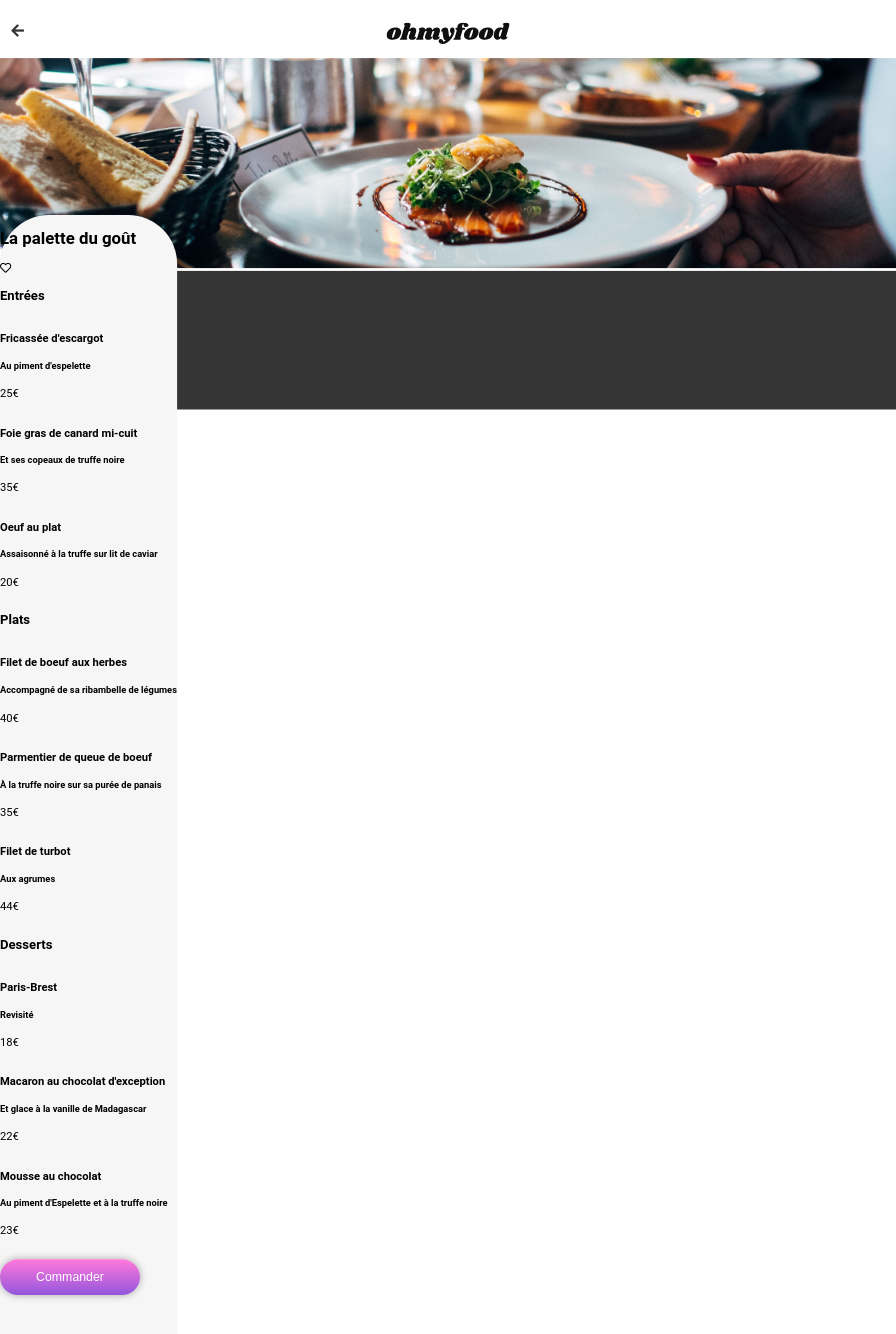
Repository: AlexisTisserand/AlexisTisserand_3_24112020
Page: menu-la-palette-du-gout.html
The author's editor kept a copy of each file at every save. The page is drawn from the files as they stood at one save, then again after the next save.
The browser window is 1280 px wide. The pictures show the whole page, at 70% of full size.
Some web libraries are served in a nearby version. The style sheet was rebuilt from its Sass, Less or Tailwind sources for each picture, by a compiler version that may differ from the author's.

Above is the page before, as saved 2020-12-02 16:59:41.

### menu-la-palette-du-gout.html
<!DOCTYPE html>
<html lang="fr">

<head>
    <meta charset="UTF-8"/>
    <meta name="viewport" content="width=device-width, initial-scale=1">
    <meta name="descritpion" content="Menu - La palette du goût">
    <meta name="author" content="Alexis Tisserand">
    <link rel="stylesheet" href="https://use.fontawesome.com/releases/v5.4.1/css/all.css" integrity="sha384-5sAR7xN1Nv6T6+dT2mhtzEpVJvfS3NScPQTrOxhwjIuvcA67KV2R5Jz6kr4abQsz" crossorigin="anonymous">
    <link rel="stylesheet" href="style.css"/>
    <title>Menu - La palette du goût</title>
</head>
<body>

    <div id=bloc-page>

    <!--HEADER-->

    <header>
        <a href="index.html">
            <i class="fas fa-arrow-left"></i>
        </a>
        <div class="logo">
            <img src="images/logo/ohmyfood@2x.svg" alt="Logo ohmyfood"/>
        </div>
    </header>

    <section>

        <div class="restaurant-img">
            <img src="images/restaurants/la_palette_du_gout-min.jpg" alt="La Palette Du Goût"/>
        </div>

        <div class="restaurant-menu">
            <div class="restaurant-1-menu--titre">
                <h2>La palette du goût</h2>
                <i class="far fa-heart"></i>
            </div>

            <h3>Entrées</h3>

                <div class="restaurant-menu--plats">
                    <h4>Fricassée d'escargot</h4>
                    <h5>Au piment d'espelette</h5>
                    <p>25€</p>
                </div>

                <div class="restaurant-menu--plats">
                    <h4>Foie gras de canard mi-cuit</h4>
                    <h5>Et ses copeaux de truffe noire</h5>
                    <p>35€</p>
                </div>

                <div class="restaurant-menu--plats">
                    <h4>Oeuf au plat</h4>
                    <h5>Assaisonné à la truffe sur lit de caviar</h5>
                    <p>20€</p>
                </div>

            <h3>Plats</h3>

                <div class="restaurant-menu--plats">
                    <h4>Filet de boeuf aux herbes</h4>
                    <h5>Accompagné de sa ribambelle de légumes</h5>
                    <p>40€</p>
                </div>

                <div class="restaurant-menu--plats">
                    <h4>Parmentier de queue de boeuf</h4>
                    <h5>À la truffe noire sur sa purée de panais</h5>
                    <p>35€</p>
                </div>

                <div class="restaurant-menu--plats">
                    <h4>Filet de turbot</h4>
                    <h5>Aux agrumes</h5>
                    <p>44€</p>
                </div>

            <h3>Desserts</h3>

            <div class="restaurant-menu--plats">
                <h4>Paris-Brest</h4>
                <h5>Revisité</h5>
                <p>18€</p>
            </div>

            <div class="restaurant-menu--plats">
                <h4>Macaron au chocolat d'exception </h4>
                <h5>Et glace à la vanille de Madagascar</h5>
                <p>22€</p>
            </div>

            <div class="restaurant-menu--plats">
                <h4>Mousse au chocolat </h4>
                <h5>Au piment d'Espelette et à la truffe noire</h5>
                <p>23€</p>
            </div>

            <button class="description-ohmyfood-explorer" type="button">Commander</button>

        </div>
    </section>

    <footer>
        <h2>ohmyfood</h2>
        <div class="footer-img-text">
            <i class="fas fa-utensils"></i>
            <h3>Proposer un restaurant</h3>
        </div>
        <div class="footer-img-text">
            <i class="fas fa-hands-helping"></i>
            <h3>Devenir partenaire</h3>
        </div>
        <h3>Mentions légales</h3>
        <a href="mailto:ohmyfood@outlook.com"><h3>Contact</h3></a>
    </footer>

</body>
</html>

### sass/style.scss
@import "libs/fonts.scss";
@import "libs/media.scss";

/*COULEURS VARIABLES*/
$primary: #9356DC;
$secondary: #FF79DA;
$tertiary: #99E2D0;
$color-text: #353535;
$color-background: #f6f6f6;
$color-box-shadow :#e5e5e5;

/*VARIABLES TAILLE ET FONT FAMILY*/
$font-family: 'roboto', 'Raleway', 'Trebuchet MS', 'Lucida Sans Unicode', 'Lucida Grande', 'Lucida Sans', Arial, sans-serif;;
$size: 1rem;

/*Extensions*/
.box-shadow{
    box-shadow: 0px 0px 8px 1px $color-box-shadow;
    color: $color-text;
    border: none;
    border-radius: 25px;
    width: 350px;
    background-color: $color-background;
}

.cercle{
    background-color: $primary;
    color: white;
    padding: 8px;
    border-radius: 50px;
    margin-right: 25px;
    margin-left: -15px;
    width: 15px;
    height: 15px;
    text-align: center;
    align-content: center;
    font-size: $size;
    line-height: 15px;
    font-weight: light;
}

.transition-background{
    transition: background-color 200ms;
}

body{
    background-color: white;
    font-family: $font-family;
    margin: auto;
}

a{
    text-decoration: none;
    color: black;
}

#bloc-page{
    width: 100%;
    margin: auto;
    max-width: 2000px;
    min-width: 100px;
}

/*HEADER*/

header{
    text-align: center;
    .logo{
        margin-top: $size + 1rem;
        img{
            width: $size + 10rem;
        }
    }
}

.search-bar{
    display: flex;
    background-color: #EAEAEA;
    box-shadow: 0px -2px 5px 0px #CFCFCF;
    height: $size + 2rem;
    margin-top: 1rem;
    align-items: center;
    justify-content: center;
    .fas{
        font-size: $size;
        margin-bottom: 1rem;
    }
    .search-bar-button{
        color: $color-text;
        font-size: $size + 0.5rem;
    }
    .search-bar-text-input{
        outline: none;
        padding: 0;
        background-color: #EAEAEA;
        border: none;
        color: $color-text;
        font-size: $size;
        font-weight: bold;
        text-align: center;
        width: 180px;
    }
}

/*SECTION DESCRIPTION*/

#description-ohmyfood{
    display: flex;
    flex-direction: column;
    background-color: $color-background;
    align-items: center;
    text-align: center;
    h2{
        font-size: $size + 0.7rem ;
        padding: $size;
        margin-bottom: 0;
        margin-top: $size + 0.5rem;
    }
    h3{
        font-size: $size + 0.2rem ;
        font-weight: 300;
        margin-top: 0;
        padding: $size - 0.5rem, $size + 1rem ;
    }
    button{
        font-size: $size + 0.1rem;
        margin-top: $size;
        font-weight: normal;
        color: white;
        background: linear-gradient($secondary, $primary);
        position: relative;
        border: none;
        box-shadow: 0px 0px 10px 1px #b6b3b3;
        border-radius: 40px;
        padding: 15px 20px;
        margin-bottom: $size + 2.5rem;
        transition: transform cubic-bezier(1,0,0,1) 500ms, background 500ms, ;
        &:hover{
            background: lighten($color: $secondary, $amount: 5);
            box-shadow: 0px 0px 7px 3px #484B4C;
            transform: scale(1.1);
            cursor: pointer;
        }
        &:active{
            border-style: none;
        }
        &:focus{
            outline:none;
        }
}


}

/*FONCTIONNEMENT*/

#fonctionnement{
    display: flex;
    align-items: center;
    flex-direction: column;
    background-color: white;
    h2{
        margin: 3*$size $size $size;
    }
    ul{
        padding: 10px;
        margin-top: - $size;
    }
}

.fonctionnement-nav{
    display: flex;
    flex-wrap: wrap;
    justify-content: space-around;
    &-etape{
        display: flex;
        flex-direction: row;
        align-items: center;
        margin: 15px 30px ;
        @extend .transition-background;
        @extend .box-shadow;
        &:hover{
        background-color: rgba($color:$primary, $alpha: 0.15);
        cursor: pointer;
        &:hover .fas{
        color: $primary;
        }
    }
    h5{
        @extend .cercle;
    }
    .fas{
        margin-right: 15px;
        color: #7e7e7e;
        font-size: $size + 0.2rem;
        margin-right: $size;
        }
    }
    &-etape.active{
        background-color: rgba($color:$primary, $alpha: 0.15);
        .fas{
            color: $primary;
        }
    }
}

/*RESTAURANTS*/

#restaurants{
    display: flex;
    flex-direction: column;
    background-color: $color-background;
    h2{
        margin: 3*$size $size $size;
    }
}

.card-restaurant{
    display: flex;
    position: relative;
    z-index: 1;
    flex-direction: column;
    background-color: white;
    border-radius: 20px;
    box-shadow: 0px 0px 8px 1px $color-box-shadow;
    margin: 15px;
    box-sizing: border-box;
    transition: ease-in-out 200ms;
    &:hover{
        transform: scale(1.01);
    }
    img{
    height: 200px;
    position: relative;
    z-index: 1;
    object-fit: cover;
    width: 100%;
    border-radius: 1rem 1rem 0 0;
    }
    &-nouveau{
        background-color: $tertiary;
        color: #39a98e;
        position: absolute;
        top: 8px;
        right: 16px;
        padding: 7px;
        border-radius: 5px;
        z-index: 2;
    }
    &-legende{
        display: flex;
        flex-direction: row;
        justify-content: space-between;
        &-text{
            display: flex;
            flex-direction: column;
            margin-left: $size;
            h4{
                font-size: $size + 0.2rem;
                margin-top: $size;
                margin-bottom: 0;
            }
            h5{
                margin-top: 0.2 * $size;
                margin-bottom: $size;
                font-weight: 300;
                font-size: $size + 0.1rem;
            }
        }
        &-heart{
            align-self: center;
            margin-right: 2 * $size;
            .fas{
                color: white;
                &:hover{
                    background: red;
                }
            }
            .far{
                color: black;
                &:hover{
                    color:black
                }
            }
        }
    }
}

/*FOOTER*/

footer{
    padding: $size + 0.5rem;
    background-color: $color-text;
    color: white;
    h2{
        font-family: 'Shrikhand';
        font-weight: normal;
        font-size: $size + 0.3rem;
        margin-top: 0;
    }
    h3{
        margin: 0;
        font-weight: 400;
        margin-bottom: 0.5 * $size;
        font-size: initial;
    }
    .footer-img-text{
        display: flex;
        flex-direction: row;
        align-items: center;
        .fas{
            margin-right: $size;
            &.fa-hands-helping{
                margin-right: 0.58* $size;
            }
        }
    }
    a{
        color: white;
    }
}

/*********************************************************/
/*MEDIA QUERIES ACCUEIL*/
/*********************************************************/

/*LARGE DEVICES*/
@media screen and (min-width: 1268px){

    #restaurants{
        display: grid;
        grid-template-columns: repeat(4, 1fr);
        grid-template-rows: auto auto auto ;
        margin-bottom: 0px;
    }   h2{
        grid-column: 1/-1;
    }
}

/*MEDIUM DEVICES*/
@media screen and (max-width: 1267px){

    .fonctionnement-nav{
        justify-content: center;
        &-etape{
            width: 50%;
        }
    }

    #restaurants{
        display: grid;
        grid-template-columns: repeat(2, 1fr);
        grid-template-rows: auto auto auto ;
        h2{
            grid-column: 1/-1;
        }
    }
}

/*SMALL DEVICES*/
@media screen and (max-width: 934px){
    .fonctionnement-nav-etape{
        width: 100%;
    }

    #restaurants{
        display: grid;
        grid-template-columns: 1fr;
        grid-template-rows: auto auto auto ;
        h2{
            grid-column: 1/-1;
        }
    }

}

/*********************************************************/
/*MENU LA PALETTE DU GOÛT*/
/*********************************************************/


header{
    a{
        position: absolute;
        left: $size;
        color: $color-text;
        font-size: $size + 0.3rem;
    }
}

.restaurant-img{
    img{
        object-fit: cover;
        width: 100%;
        height: 300px;
        margin-top: $size;
        position: relative;
        z-index: 1;
    }
}

.restaurant-menu{
    background-color: $color-background;
    border-radius: 70px 70px 0 0;
    margin-top: - 5rem;
    display: flex;
    position: absolute;
    z-index: 1;
    flex-direction: column;
    button{
        width: 200px;
        font-size: $size + 0.1rem;
        margin-top: $size;
        font-weight: normal;
        color: white;
        background: linear-gradient($secondary, $primary);
        position: relative;
        border: none;
        box-shadow: 0px 0px 10px 1px #b6b3b3;
        border-radius: 40px;
        padding: 15px 20px;
        margin-bottom: $size + 2.5rem;
        transition: transform cubic-bezier(1,0,0,1) 500ms, background 500ms ;
        &:hover{
            background: lighten($color: $secondary, $amount: 5);
            box-shadow: 0px 0px 7px 3px #484B4C;
            transform: scale(1.1);
            cursor: pointer;
        }
        &:active{
            border-style: none;
        }
        &:focus{
            outline:none;
        }
    }
}

### sass/libs/fonts.scss
@font-face {
    font-family: 'robotoregular';
    src: url('Fonts/roboto/Roboto-Regular-webfont.eot');
    src: url('Fonts/roboto/Roboto-Regular-webfont.eot?#iefix') format('embedded-opentype'),
         url('Fonts/roboto/Roboto-Regular-webfont.woff2') format('woff2'),
         url('Fonts/roboto/Roboto-Regular-webfont.woff') format('woff'),
         url('Fonts/roboto/Roboto-Regular-webfont.ttf') format('truetype'),
         url('Fonts/roboto/Roboto-Regular-webfont.svg#robotoregular') format('svg');
    font-weight: normal;
    font-style: normal;

}

@font-face {
    font-family: 'Shrikhand';
    src: url('Fonts/Shrikhand-Regular.eot');
    src: url('Fonts/Shrikhand-Regular.eot?#iefix') format('embedded-opentype'),
        url('Fonts/Shrikhand-Regular.woff2') format('woff2'),
        url('Fonts/Shrikhand-Regular.woff') format('woff'),
        url('Fonts/Shrikhand-Regular.ttf') format('truetype'),
        url('Fonts/Shrikhand-Regular.svg#Shrikhand-Regular') format('svg');
    font-weight: normal;
    font-style: italic;
    font-display: swap;
}

@font-face {
    font-family: 'robotoblack_italic';
    src: url('Fonts/roboto/Roboto-BlackItalic-webfont.eot');
    src: url('Fonts/roboto/Roboto-BlackItalic-webfont.eot?#iefix') format('embedded-opentype'),
         url('Fonts/roboto/Roboto-BlackItalic-webfont.woff2') format('woff2'),
         url('Fonts/roboto/Roboto-BlackItalic-webfont.woff') format('woff'),
         url('Fonts/roboto/Roboto-BlackItalic-webfont.ttf') format('truetype'),
         url('Fonts/roboto/Roboto-BlackItalic-webfont.svg#robotoblack_italic') format('svg');
    font-weight: normal;
    font-style: normal;

}

@font-face {
    font-family: 'robotoblack';
    src: url('Fonts/roboto/Roboto-Black-webfont.eot');
    src: url('Fonts/roboto/Roboto-Black-webfont.eot?#iefix') format('embedded-opentype'),
         url('Fonts/roboto/Roboto-Black-webfont.woff2') format('woff2'),
         url('Fonts/roboto/Roboto-Black-webfont.woff') format('woff'),
         url('Fonts/roboto/Roboto-Black-webfont.ttf') format('truetype'),
         url('Fonts/roboto/Roboto-Black-webfont.svg#robotoblack') format('svg');
    font-weight: normal;
    font-style: normal;

}

### sass/libs/media.scss
@media screen and (max-width: 1266px){

    .fonctionnement-nav-etape{
        margin: 15px 10px;
    }

    .card-restaurants{
        width: 50%;
    }
}

After the next save:
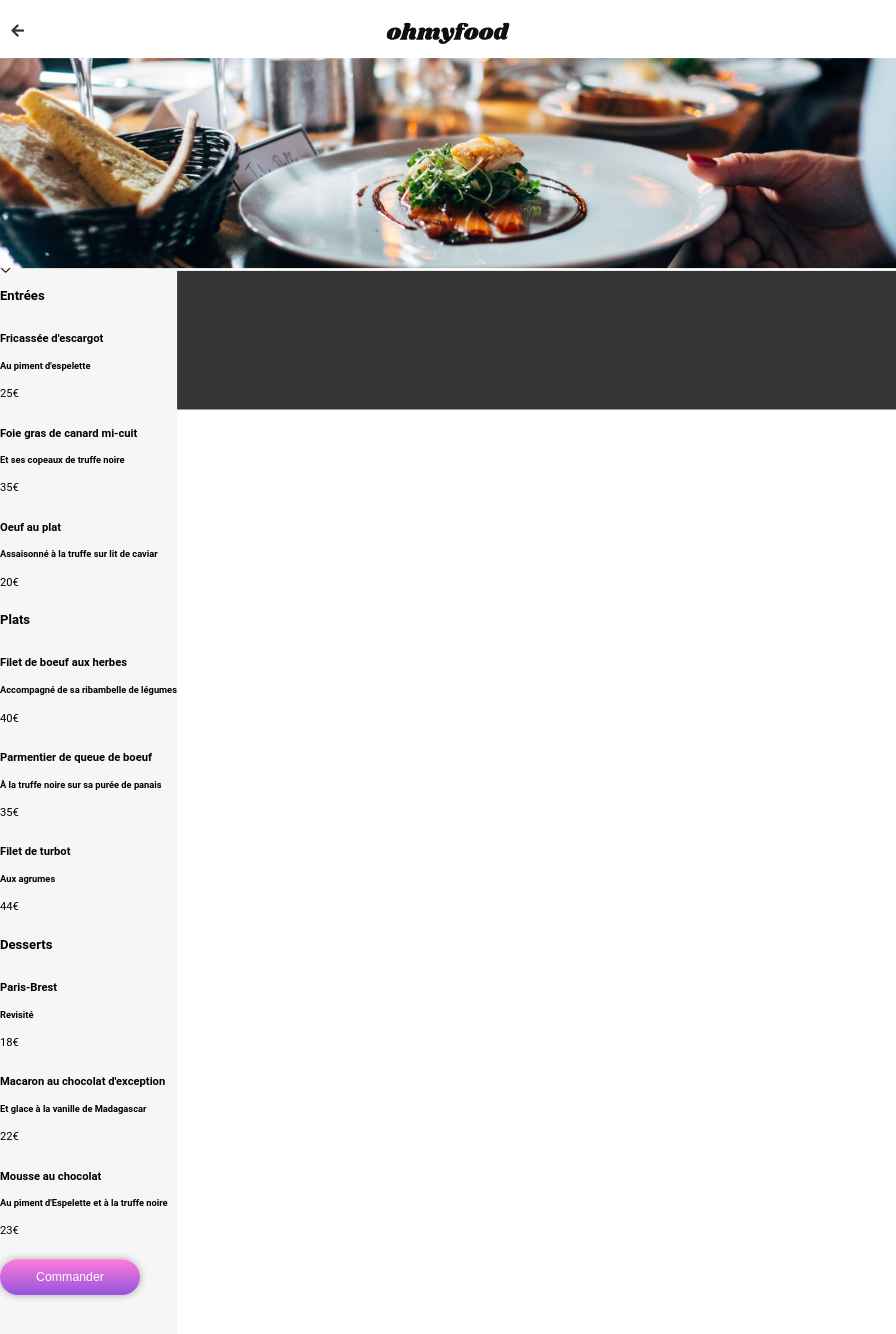
Saved 21 s later.
--- a/sass/style.scss
+++ b/sass/style.scss
@@ -405,7 +405,7 @@
     margin-top: - 5rem;
     display: flex;
     position: absolute;
-    z-index: 1;
+    z-index: 0;
     flex-direction: column;
     button{
         width: 200px;

After the save that followed:
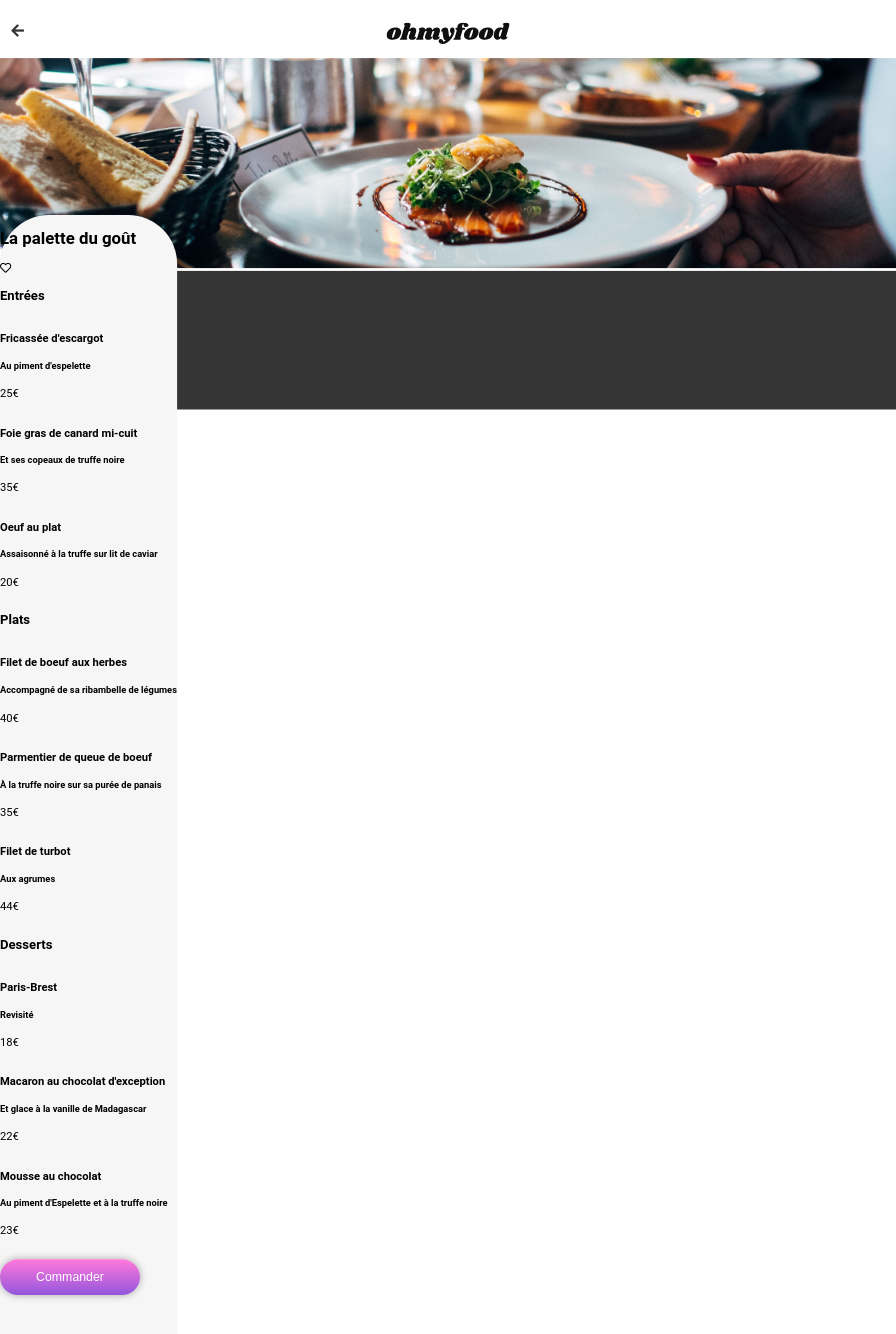
Saved 5 s later.
--- a/sass/style.scss
+++ b/sass/style.scss
@@ -405,7 +405,7 @@
     margin-top: - 5rem;
     display: flex;
     position: absolute;
-    z-index: 0;
+    z-index: 1;
     flex-direction: column;
     button{
         width: 200px;
